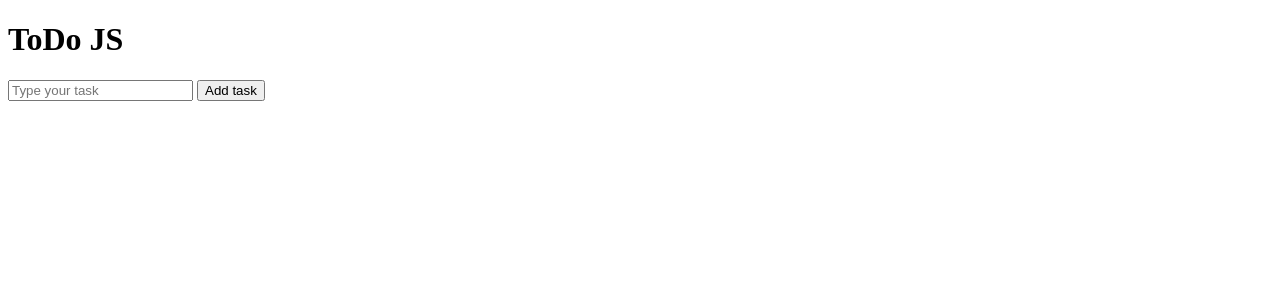
Repository: mklyagin/klyagin_todojs
Page: index.html
These files come from the project's save history. The page is drawn as it stood at one moment and after the next save; the edit follows.
The browser window is 1280 px wide. The pictures show the whole page.

Above is the page before, as saved 2024-02-21 10:31:14.

After the next save:
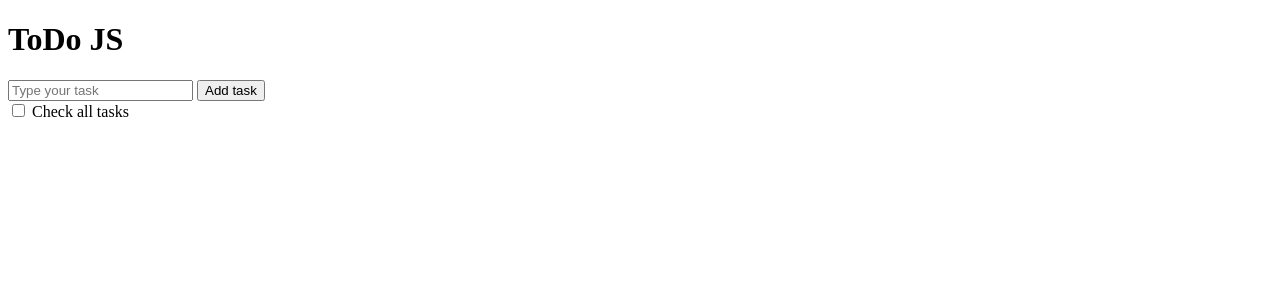
Saved 5 min 17 s later.
--- a/index.html
+++ b/index.html
@@ -10,6 +10,10 @@
     <h1>ToDo JS</h1>
     <input type="text" id="enter-task-input" placeholder="Type your task">
     <button type="button" id="add-task-button">Add task</button>
+    <div>
+      <input type="checkbox" id="check-all-checkbox">
+      <span>Check all tasks</span>
+    </div>
     <ul id="task-list">
 
     </ul>
